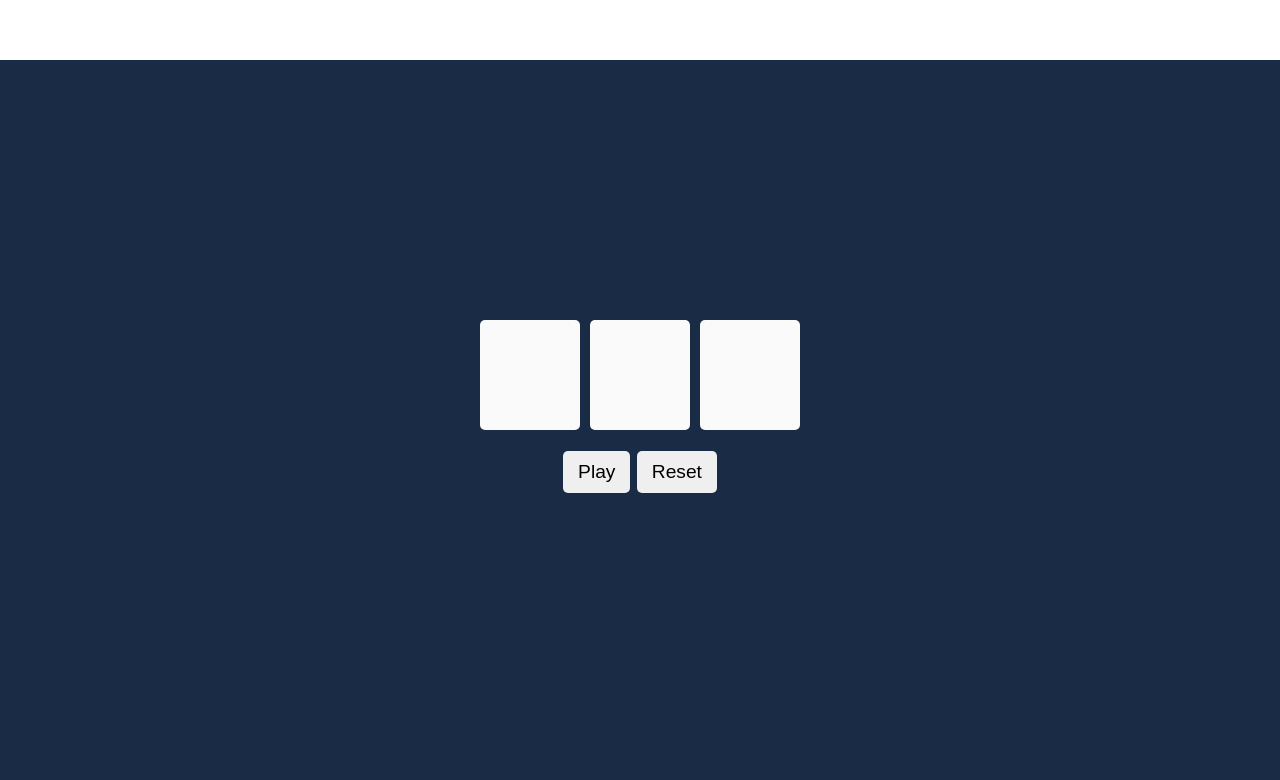
Repository: HERBOD7/slotmachine
Page: /
These files come from the project's save history. The page is drawn as it stood at one moment and after the next save; the edit follows.
The browser window is 1280 px wide. The pictures show the whole page.
The project was rebuilt for these pictures with package versions that can differ from the ones it lists, and the page was loaded fresh each time. Also part of the build but not shown: vue.config.js.

Above is the page before, as saved 2023-07-21 12:31:05.

After the next save:
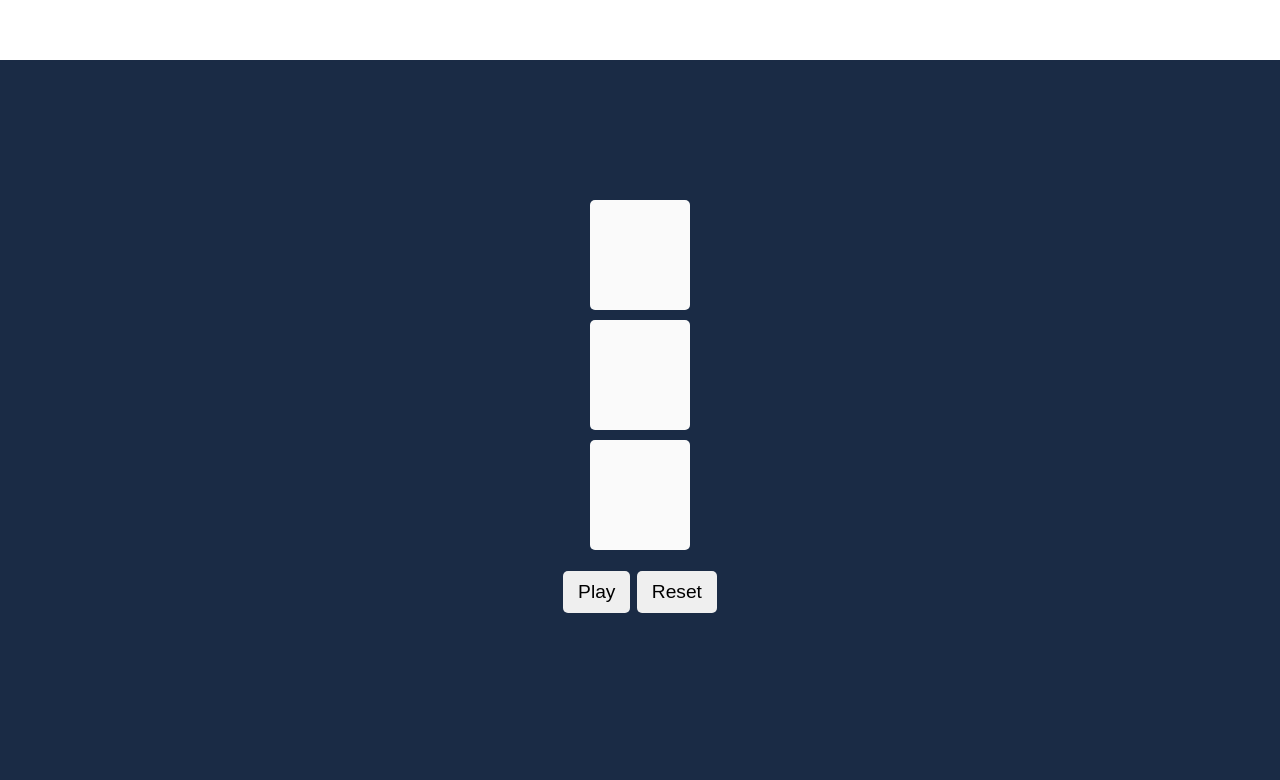
Saved 2 h 51 min later.
--- a/src/App.vue
+++ b/src/App.vue
@@ -1,22 +1,15 @@
 <template>
   <div id="app">
-    <div class="doors">
+    <div class="doors" v-for="i in 3" :key="i">
       <div class="door">
+        <!-- <transition
+          v-on:enter="enter"
+          v-on:leave="leave"
+        > -->
         <div class="boxes">
           <!-- <div class="box">?</div> -->
         </div>
-      </div>
-
-      <div class="door">
-        <div class="boxes">
-          <!-- <div class="box">?</div> -->
-        </div>
-      </div>
-
-      <div class="door">
-        <div class="boxes">
-          <!-- <div class="box">?</div> -->
-        </div>
+        <!-- </transition> -->
       </div>
     </div>
 
@@ -44,12 +37,6 @@
     this.init();
   },
   methods: {
-    // const items = ["🍋", "🍉", "🍒", "🍊"];
-    // const doors = document.querySelectorAll(".door");
-
-    // document.querySelector("#spinner").addEventListener("click", spin);
-    // document.querySelector("#reseter").addEventListener("click", init);
-
     init(firstInit = true, groups = 1, duration = 1) {
       const doors = document.querySelectorAll(".door");
       for (const door of doors) {

After the save that followed:
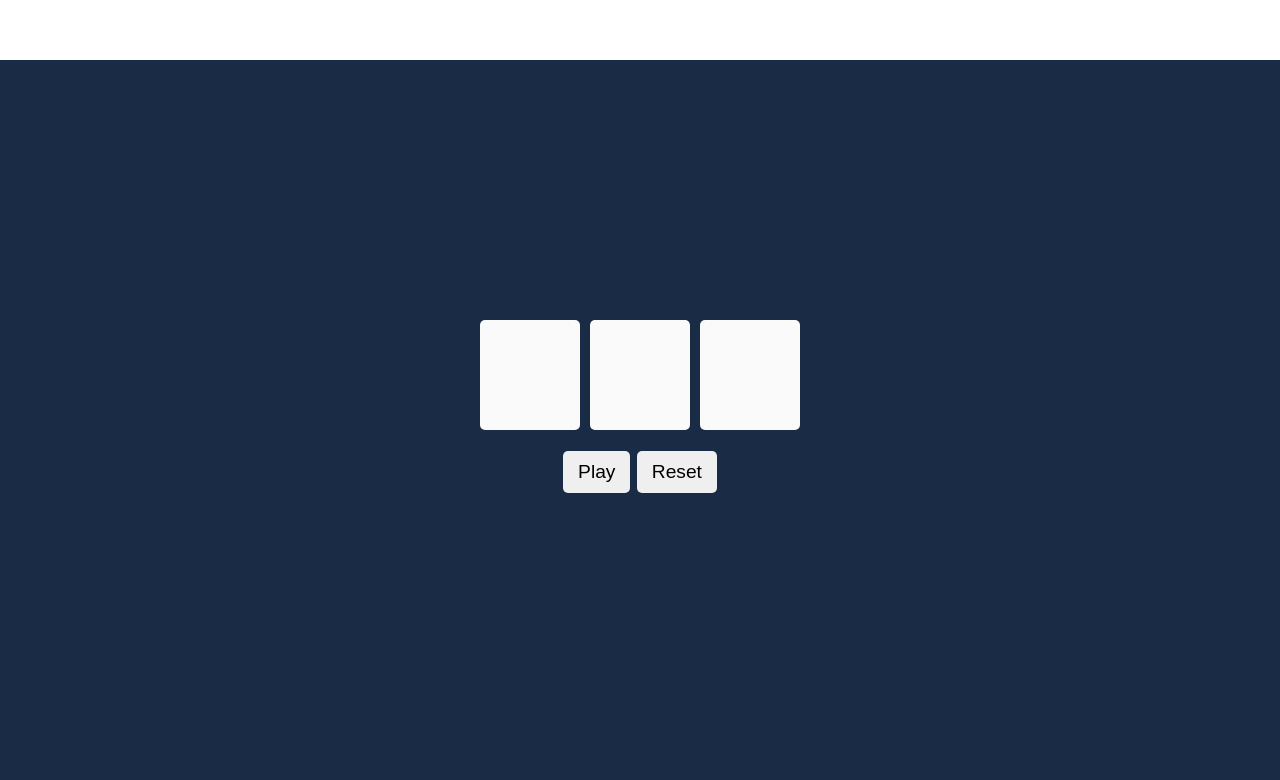
Saved 81 s later.
--- a/src/App.vue
+++ b/src/App.vue
@@ -1,7 +1,7 @@
 <template>
   <div id="app">
-    <div class="doors" v-for="i in 3" :key="i">
-      <div class="door">
+    <div class="doors">
+      <div class="door" v-for="i in 3" :key="i">
         <!-- <transition
           v-on:enter="enter"
           v-on:leave="leave"
